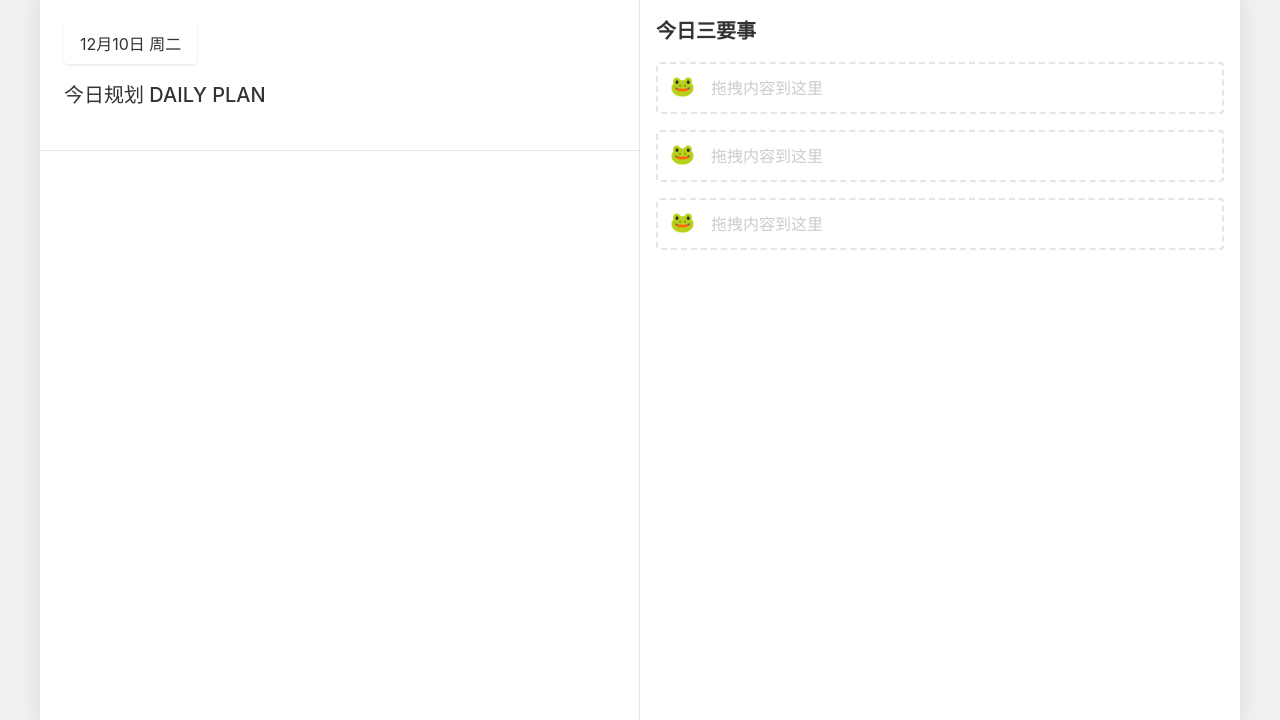
Repository: a6288a/Daily-Planner
Page: index.html
These files come from the project's save history. The page is drawn as it stood at one moment and after the next save; the edit follows.
The browser window is 1280 px wide. The pictures show the whole page.
An inner scrolling area shows only its first screen.

Above is the page before, as saved 2024-12-10 16:17:34.
Console error: ReferenceError: handleDragEnd is not defined

After the next save:
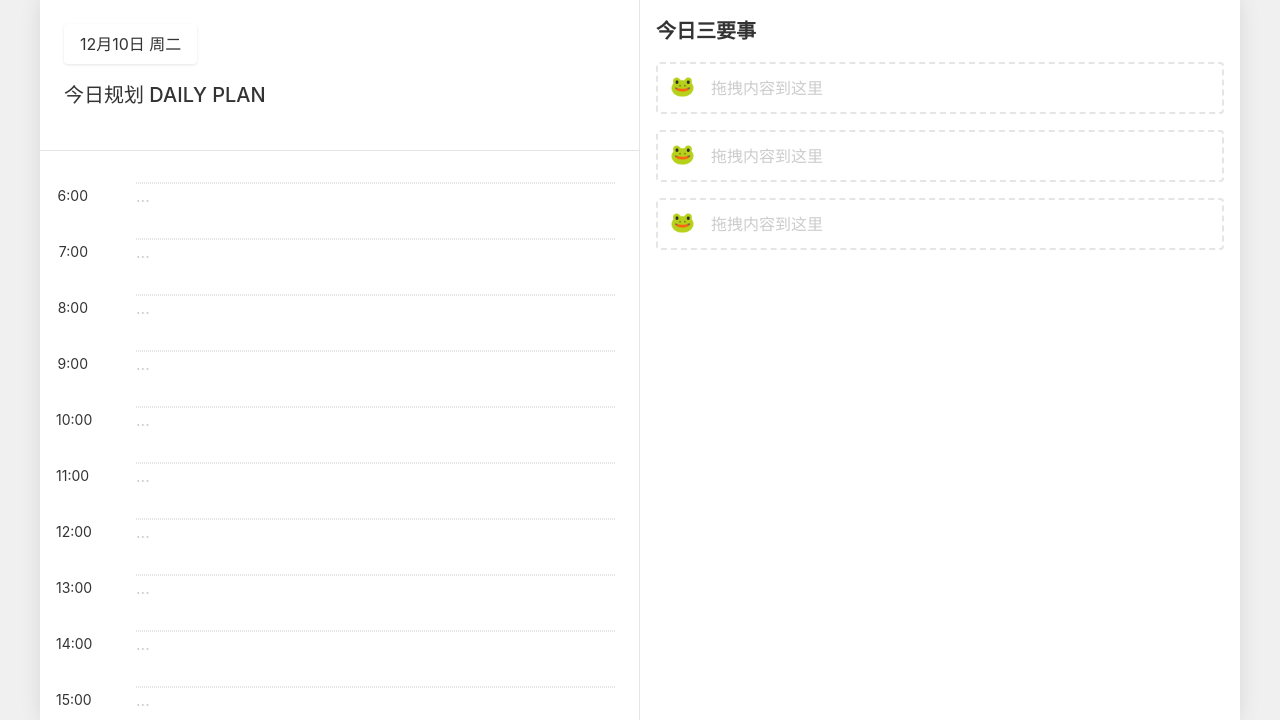
The error is gone.
Saved 3 s later.
--- a/script.js
+++ b/script.js
@@ -24,6 +24,7 @@ document.addEventListener('DOMContentLoaded', () => {
 // 初始化时间轴
 function initializeTimeline() {
     const container = document.getElementById('timeline-container');
+    container.innerHTML = ''; // 清空现有内容
 
     // 生成6:00-24:00的时间槽
     for (let hour = 6; hour <= 24; hour++) {
@@ -57,6 +58,11 @@ function initializeTimeline() {
         timeContent.addEventListener('dragover', handleDragOver);
         timeContent.addEventListener('drop', handleDrop);
         timeContent.addEventListener('dragend', handleDragEnd);
+
+        // 防止冒泡
+        timeContent.addEventListener('click', (e) => {
+            e.stopPropagation();
+        });
 
         timeSlot.appendChild(timeLabel);
         timeSlot.appendChild(timeContent);
@@ -318,3 +324,8 @@ function makeNoteDraggableToFrogs(note) {
         note.classList.remove('dragging');
     });
 }
+
+// 添加 handleDragEnd 函数
+function handleDragEnd(e) {
+    e.target.classList.remove('dragging');
+}
